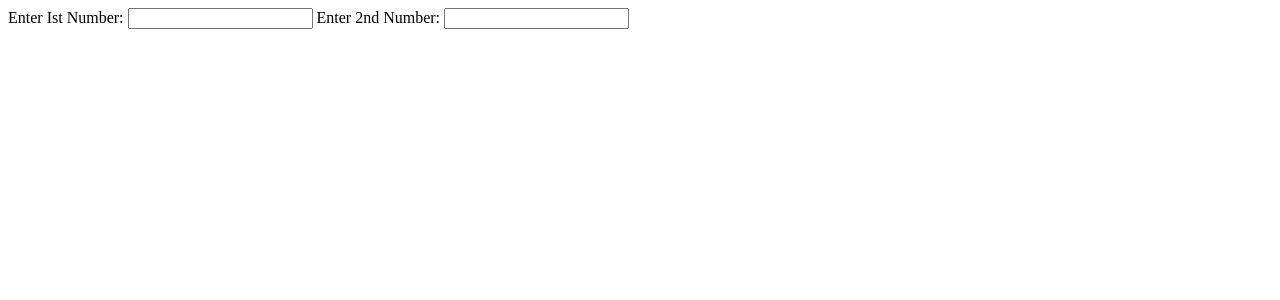
Repository: Rahulbudhiraja25/Java-Learning-DSA
Page: JAVA/Servelet/DemoApp/WebContent/Index.html
The author's editor kept a copy of each file at every save. The page is drawn from the files as they stood at one save, then again after the next save.
The browser window is 1280 px wide. The pictures show the whole page.

Above is the page before, as saved 2023-12-11 18:20:20.

### JAVA/Servelet/DemoApp/WebContent/Index.html
<!DOCTYPE html>
<html>
<head>

<title>Insert title here</title>
</head>
<body>
<form action="add">
Enter Ist Number: <input type="text" name="num1">
Enter 2nd Number: <input type="text" name="num2">
</form>
</body>
</html>

After the next save:
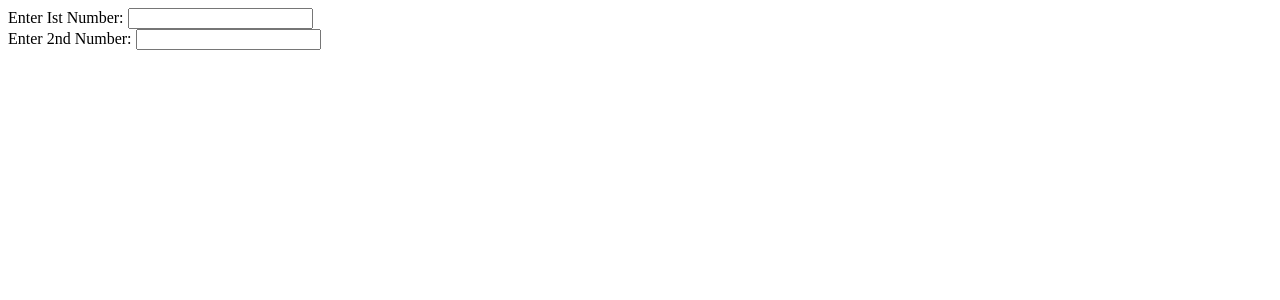
Saved 12 s later.
--- a/JAVA/Servelet/DemoApp/WebContent/Index.html
+++ b/JAVA/Servelet/DemoApp/WebContent/Index.html
@@ -6,8 +6,8 @@
 </head>
 <body>
 <form action="add">
-Enter Ist Number: <input type="text" name="num1">
-Enter 2nd Number: <input type="text" name="num2">
+Enter Ist Number: <input type="text" name="num1"><br>
+Enter 2nd Number: <input type="text" name="num2"><br>
 </form>
 </body>
 </html>
